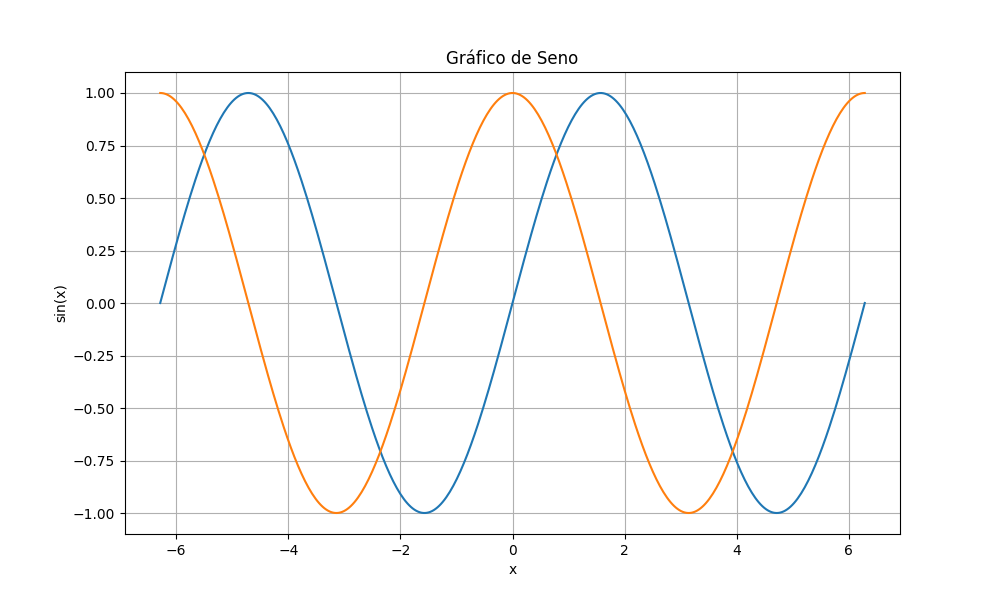
Repository: Carlos5anchez/machineLearning
Script's output: python Tarea 5. Informer/utils/tyrs.py
An editor plug-in stored every save of this project. The script's output is shown before and after the next save, followed by the edit.
Random numbers start from a fixed seed.

Above is the script's output before, as saved 2023-11-15 19:38:20.

After the next save:
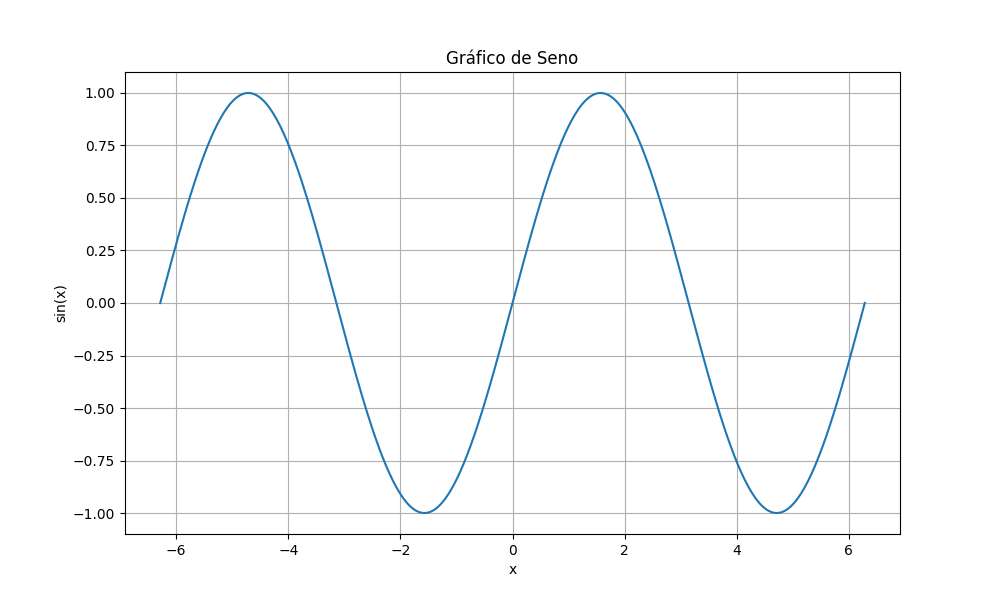
Saved 18 min 54 s later.
--- a/Tarea 5. Informer/utils/tyrs.py
+++ b/Tarea 5. Informer/utils/tyrs.py
@@ -10,7 +10,7 @@ y2 = np.cos(x)
 # Creating the plot
 plt.figure(figsize=(10, 6))
 plt.plot(x, y)
-plt.plot(x, y2)
+
 # Adding title and labels
 plt.title('Gráfico de Seno')
 plt.xlabel('x')
